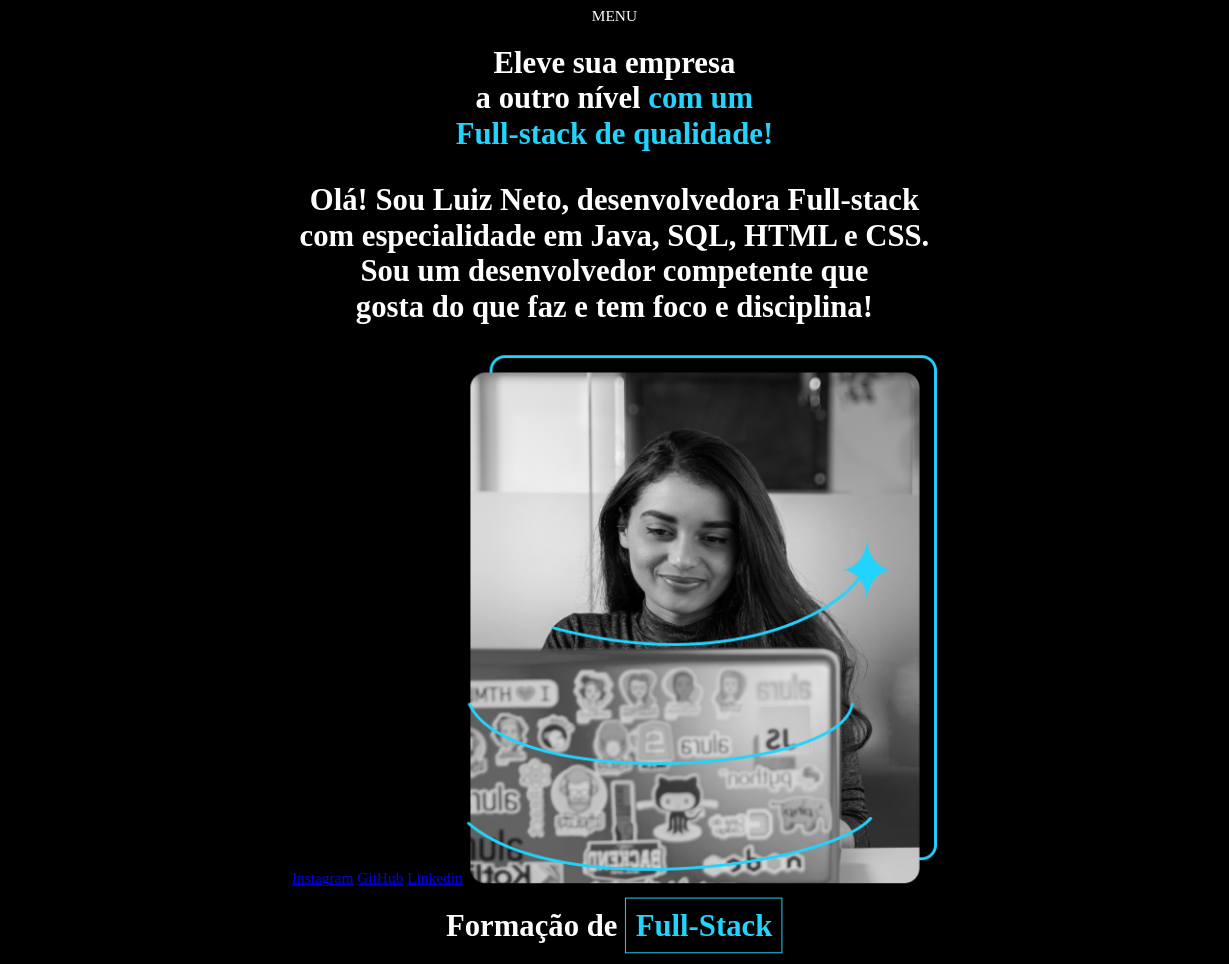
Repository: luiz123098/Sobre-mim-em-HTM-CSS
Page: htmlcss.html
These files come from the project's save history. The page is drawn as it stood at one moment and after the next save; the edit follows.
The browser window is 1280 px wide. The pictures show the whole page, at 96% of full size.

Above is the page before, as saved 2023-03-08 14:00:32.

### htmlcss.html
</html>
<!DOCTYPE html>
<html lang="pt-br">
<head>
    <meta charset="UTF-8">
    <meta http-equiv="X-UA-Compatible" content="IE=edge">
    <meta name="viewport" content="width=device-width, initial-scale=1.0">
    <title>Projeto Estudos</title>
    <link rel="stylesheet" href="style.Css">
</head>
<body>
    <header>MENU</header>
    <main>
        <h1 >
            Eleve sua empresa<br>
            a outro nível
            <strong
            class="texto_em_destaque">
            com um<br>Full-stack de qualidade!
            </strong>

            <p>
            Olá! Sou Luiz Neto, desenvolvedora Full-stack<br>
            com especialidade em Java, SQL, HTML e CSS.<br>
            Sou um desenvolvedor competente que<br>
            gosta do que faz e tem foco e disciplina!
            </p>

        </h1>

        <a href="https://www.instagram.com/luiz.alencar2/">
            Instagram</a>
        <a href="https://github.com/luiz123098">
            GitHub</a>
        <a href="https://www.linkedin.com/in/luiz-neto-alencar-b843651a9/">
            Linkedin</a>
        <img src="Imagem.png" alt="Não foi possivel encontrar a imagem">

            <h1 class="texto_editado">Formação de <span class="formacao">Full-Stack</span></h1>

    </main>
    <footer>

    </footer>
</body>

### style.Css
body{
    background-color: black;
    color: white;
    text-align: center;
}

.texto_em_destaque{
    color: #22D4FD;
}

.texto_editado{
    font-weight: bold;
}

.formacao{
    color: #22D4FD;
    border: 1px solid #22D4FD;
    padding: 10px;
}

After the next save:
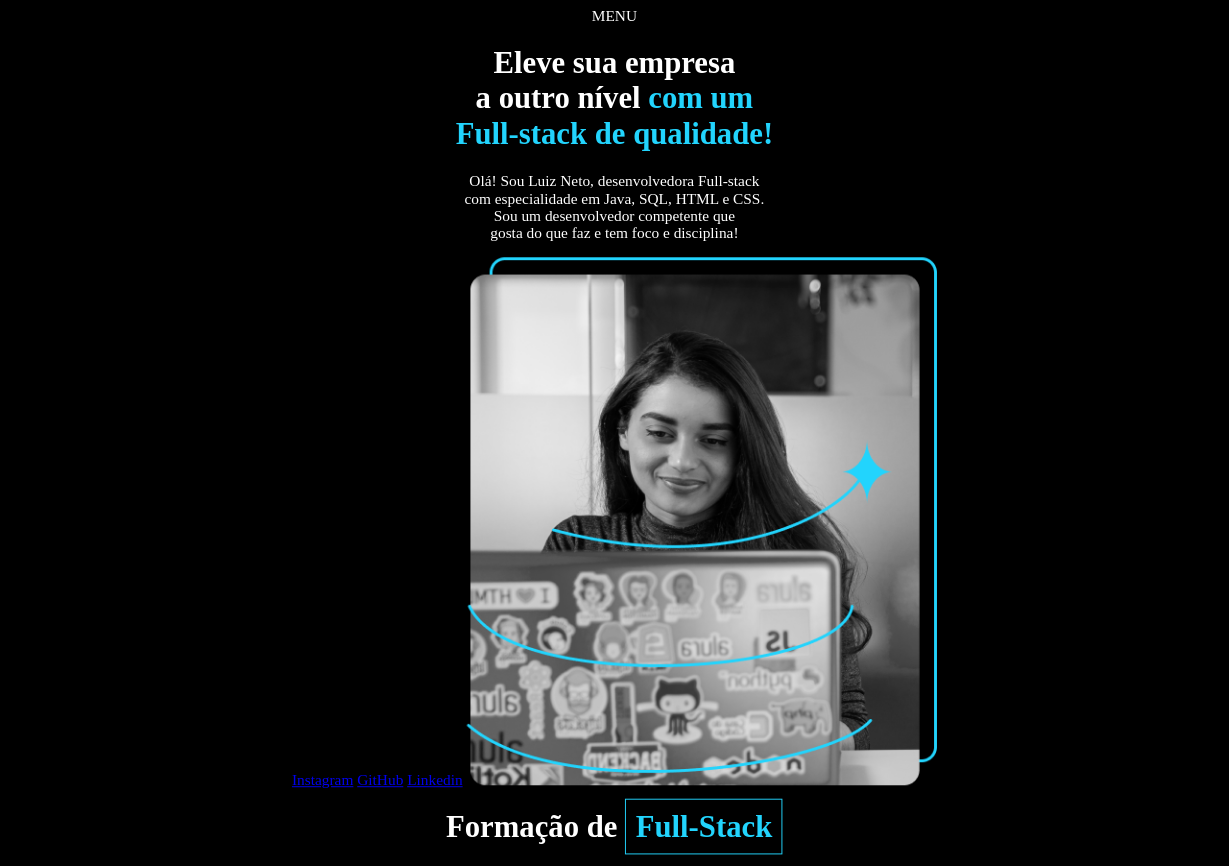
Saved 54 s later.
--- a/htmlcss.html
+++ b/htmlcss.html
@@ -11,14 +11,15 @@
 <body>
     <header>MENU</header>
     <main>
-        <h1 >
-            Eleve sua empresa<br>
-            a outro nível
-            <strong
-            class="texto_em_destaque">
-            com um<br>Full-stack de qualidade!
-            </strong>
-
+        <div>
+            <h1>
+                Eleve sua empresa<br>
+                a outro nível
+                <strong
+                class="texto_em_destaque">
+                com um<br>Full-stack de qualidade!
+                </strong>
+        </div>
             <p>
             Olá! Sou Luiz Neto, desenvolvedora Full-stack<br>
             com especialidade em Java, SQL, HTML e CSS.<br>
